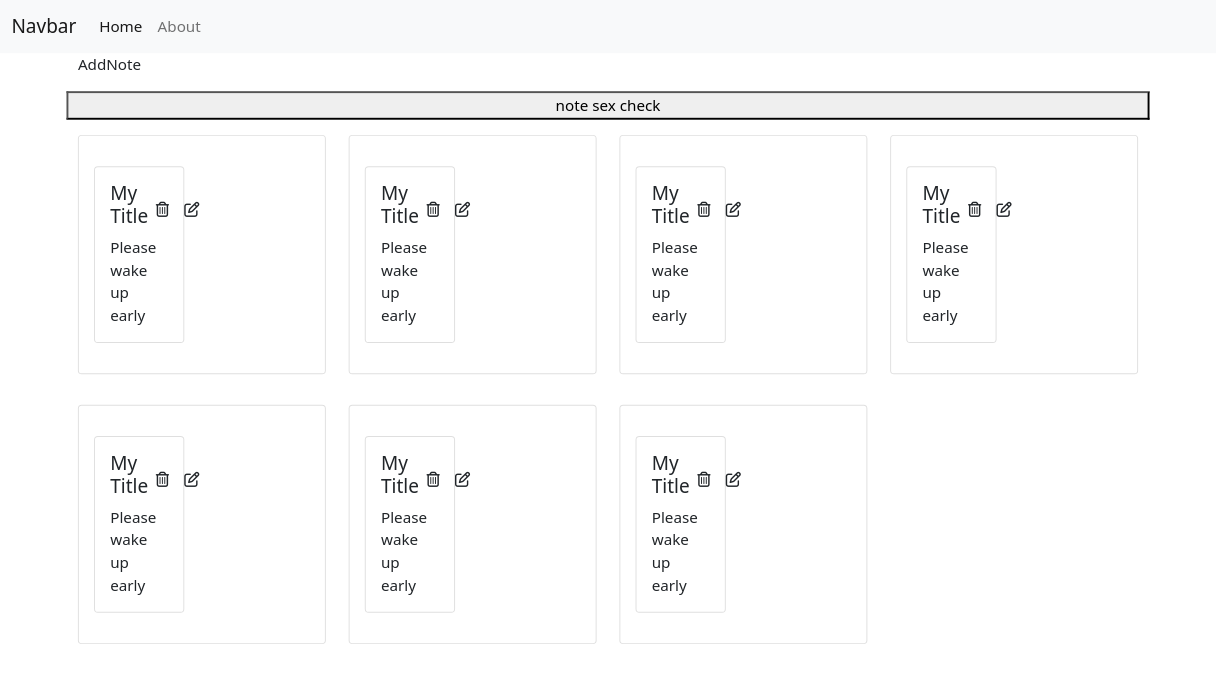
Repository: Asad-devv/inotebook-mern
Page: /
These files come from the project's save history. The page is drawn as it stood at one moment and after the next save; the edit follows.
The browser window is 1280 px wide. The pictures show the whole page, at 95% of full size.
Some web libraries are served in a nearby version. The project was rebuilt for these pictures with package versions that can differ from the ones it lists, and the page was loaded fresh each time. Also part of the build but not shown: vite.config.js, src/components/About.jsx.

Above is the page before, as saved 2023-04-14 01:09:10.

### index.html
<!DOCTYPE html>
<html lang="en">
  <head>
    <meta charset="UTF-8" />
    <link rel="icon" type="image/svg+xml" href="/vite.svg" />
    <meta name="viewport" content="width=device-width, initial-scale=1.0" />
    <link href="https://cdn.jsdelivr.net/npm/bootstrap@5.0.2/dist/css/bootstrap.min.css" rel="stylesheet" integrity="sha384-EVSTQN3/azprG1Anm3QDgpJLIm9Nao0Yz1ztcQTwFspd3yD65VohhpuuCOmLASjC" crossorigin="anonymous">
    <title>iNotebook</title>
  </head>
  <body>
    <div id="root"></div>
    <script type="module" src="/src/main.jsx"></script>

    <script src="https://kit.fontawesome.com/26504e4a1f.js" crossorigin="anonymous"></script>

    <script src="https://cdn.jsdelivr.net/npm/@popperjs/core@2.9.2/dist/umd/popper.min.js" integrity="sha384-IQsoLXl5PILFhosVNubq5LC7Qb9DXgDA9i+tQ8Zj3iwWAwPtgFTxbJ8NT4GN1R8p" crossorigin="anonymous"></script>
    <script src="https://cdn.jsdelivr.net/npm/bootstrap@5.0.2/dist/js/bootstrap.min.js" integrity="sha384-cVKIPhGWiC2Al4u+LWgxfKTRIcfu0JTxR+EQDz/bgldoEyl4H0zUF0QKbrJ0EcQF" crossorigin="anonymous"></script>
  </body>
</html>

### src/main.jsx
import React from 'react'
import ReactDOM from 'react-dom/client'
import App from './App'
// import './index.css'
import { BrowserRouter } from "react-router-dom"
import { Provider } from 'react-redux'
import store from './states/Store'


ReactDOM.createRoot(document.getElementById('root')).render(
  <React.StrictMode>
    <BrowserRouter>
    <Provider store={store} >
    <App />
    </Provider>
    </BrowserRouter>
  </React.StrictMode>,
)

### src/App.jsx
import { useState } from 'react'
import reactLogo from './assets/react.svg'
import viteLogo from '/vite.svg'
// import './App.css'
import {Home,Navbar,About} from "./components"
import { Route, Routes } from "react-router-dom"




function App() {

  return (
      <>
      <Navbar/>
      <div className="container">
      <Routes>
      <Route path="/" element={<Home />} />
      <Route path="/about" element={<About />} />
      </Routes>
      </div>

    </>
  );
}
export default App

### src/states/Store.js
import { configureStore } from '@reduxjs/toolkit'
import notesReducer from "./redux/notesSlice"


export default configureStore({
  reducer: {notes:notesReducer},
})

### src/components/index.js
import Home from "./Home"
import Navbar from "./Navbar"
import About from "./About"



export { Home,Navbar,About }

### src/states/redux/notesSlice.js
import { createSlice } from '@reduxjs/toolkit'


const notesInitial = [
        {
          "_id": "61322f19553781a8ca8d0e06",
          "user": "6131dc5e3e4037cd4734a066",
          "title": "My Title",
          "description": "Please wake up early",
          "tag": "personal",
          "date": "2021-09-03T14:20:09.509Z",
          "__v": 0
        },
        {
          "_id": "61322f19553781a8ca8d0e08",
          "user": "6131dc5e3e4037cd4734a066",
          "title": "My Title",
          "description": "Please wake up early",
          "tag": "personal",
          "date": "2021-09-03T14:20:09.668Z",
          "__v": 0
        },
        {
          "_id": "61322f19553781a8ca8d0e08",
          "user": "6131dc5e3e4037cd4734a066",
          "title": "My Title",
          "description": "Please wake up early",
          "tag": "personal",
          "date": "2021-09-03T14:20:09.668Z",
          "__v": 0
        },
        {
          "_id": "61322f19553781a8ca8d0e08",
          "user": "6131dc5e3e4037cd4734a066",
          "title": "My Title",
          "description": "Please wake up early",
          "tag": "personal",
          "date": "2021-09-03T14:20:09.668Z",
          "__v": 0
        },
        {
          "_id": "61322f19553781a8ca8d0e08",
          "user": "6131dc5e3e4037cd4734a066",
          "title": "My Title",
          "description": "Please wake up early",
          "tag": "personal",
          "date": "2021-09-03T14:20:09.668Z",
          "__v": 0
        },
        {
          "_id": "61322f19553781a8ca8d0e08",
          "user": "6131dc5e3e4037cd4734a066",
          "title": "My Title",
          "description": "Please wake up early",
          "tag": "personal",
          "date": "2021-09-03T14:20:09.668Z",
          "__v": 0
        },
        {
          "_id": "61322f19553781a8ca8d0e08",
          "user": "6131dc5e3e4037cd4734a066",
          "title": "My Title",
          "description": "Please wake up early",
          "tag": "personal",
          "date": "2021-09-03T14:20:09.668Z",
          "__v": 0
        },
      ]

export const notesSlice= createSlice({
    name:'notes',
    initialState:{value:notesInitial},
    reducers:{
        addNote:(state,action)=>{
                const newNote = action.payload
                return {
                    ...state,
                    value: [...state.value, newNote],
                };

        },deleteNote:(state)=>{

        },
        editNote:()=>{

        }
    }
})


export const { addNote} = notesSlice.actions

export default notesSlice.reducer

### src/components/Home.jsx
import React from 'react'
import { useSelector,useDispatch } from 'react-redux'
// import { update } from '../states/redux/notesSlice';
import Notes from './Notes';

const Home = () => {
  const dispatch= useDispatch();
  const notes =  useSelector((state) => state.notes.value)
  console.log(notes)
  return (
    <div>

      AddNote

        <Notes></Notes>
    </div>
  )
}

export default Home

### src/components/Navbar.jsx
import React,{useEffect,useState} from 'react'
import {Link,useLocation } from "react-router-dom"

const Navbar = () => {


  let location = useLocation();
  const [activeLink, setActiveLink] = useState()

  useEffect(() => {
    // Google Analytics
  }, [location]);

  return (

    <nav className="navbar navbar-expand-lg navbar-light bg-light">
      <div className="container-fluid">
        <a className="navbar-brand" href="#">Navbar</a>
        <button className="navbar-toggler" type="button" data-bs-toggle="collapse" data-bs-target="#navbarNav" aria-controls="navbarNav" aria-expanded="false" aria-label="Toggle navigation">
          <span className="navbar-toggler-icon" />
        </button>
        <div className="collapse navbar-collapse" id="navbarNav">
          <ul className="navbar-nav">
            <li className="nav-item">
              <Link to="/" className={`${location.pathname==="/" && "active"}   nav-link`} aria-current="page" href="#">Home</Link >
            </li>

            <li className="nav-item">
              <Link to="/about" className={`${location.pathname==="/about" && "active"}   nav-link`} href="#">About</Link >
            </li>

          </ul>
        </div>
      </div>
    </nav>  )
}

export default Navbar

### src/components/Notes.jsx
import React from 'react'
import { useSelector,useDispatch } from 'react-redux'
// import { update } from '../states/redux/notesSlice';
import { addNote } from '../states/redux/notesSlice'
import AddNote from './AddNote'

const NoteItem = ({title,description,tag})=>{
    return(
        <div className="col-md-3">
        <div class="card my-3">
            <div class ="card-body">
            {/* <h5 class ="card-title">{title}</h5> */}
            {/* <p class ="card-text">{description}</p>  */}
    <div className="col-md-5">
        <div className="card my-3">
            <div className="card-body">
                <div className="d-flex align-items-center">
                    <h5 className="card-title">{title}</h5><i className="far fa-trash-alt mx-2"></i>
                    <i className="far fa-edit mx-2"></i>
                </div>
                <p className="card-text">{description}</p>

            </div>
        </div></div>
        </div>
        </div>
    </div>
    )
}



const Notes = () => {
    const dispatch= useDispatch();
const notes =  useSelector((state) => state.notes.value)

const newNote = {tag:"asad",title:"shitty",description:"lorem1212121jasn ausb ashd kasd ahsklkjsdn "}
  return (

    <div className='row my-3'>
    <button onClick={()=>{dispatch(addNote(newNote))}}>note sex check</button>
         {notes.map((note)=>{
        return(
        //   <h1 key={  .id}>{note.title}</h1>
            <NoteItem key={note.id} {...note}/>
        )
      })}</div>
  )
}

export default Notes

### src/components/AddNote.jsx
import React from 'react'

const AddNote = () => {
  return (
    <div className="container my-3">
    <h2>Add a Note</h2>
    <form className="my-3">
        <div class="mb-3">
            <label for="exampleInputEmail1" class="form-label">Email address</label>
            <input type="email" class="form-control" id="exampleInputEmail1" aria-describedby="emailHelp"/>
            <div id="emailHelp" class ="form-text">We'll never share your email with anyone else.</div>
        </div>
        <div class="mb-3">
            <label for="exampleInputPassword1" class="form-label">Password</label>
            <input type="password" class="form-control" id="exampleInputPassword1"/>
        </div>
        <div class="mb-3 form-check">
            <input type="checkbox" class="form-check-input" id="exampleCheck1"/>
            <label class ="form-check-label" for="exampleCheck1">Check me out</label>
        </div>
        <button type="submit" class="btn btn-primary">Submit</button>
    </form>
    </div>

  )
}

export default AddNote

After the next save:
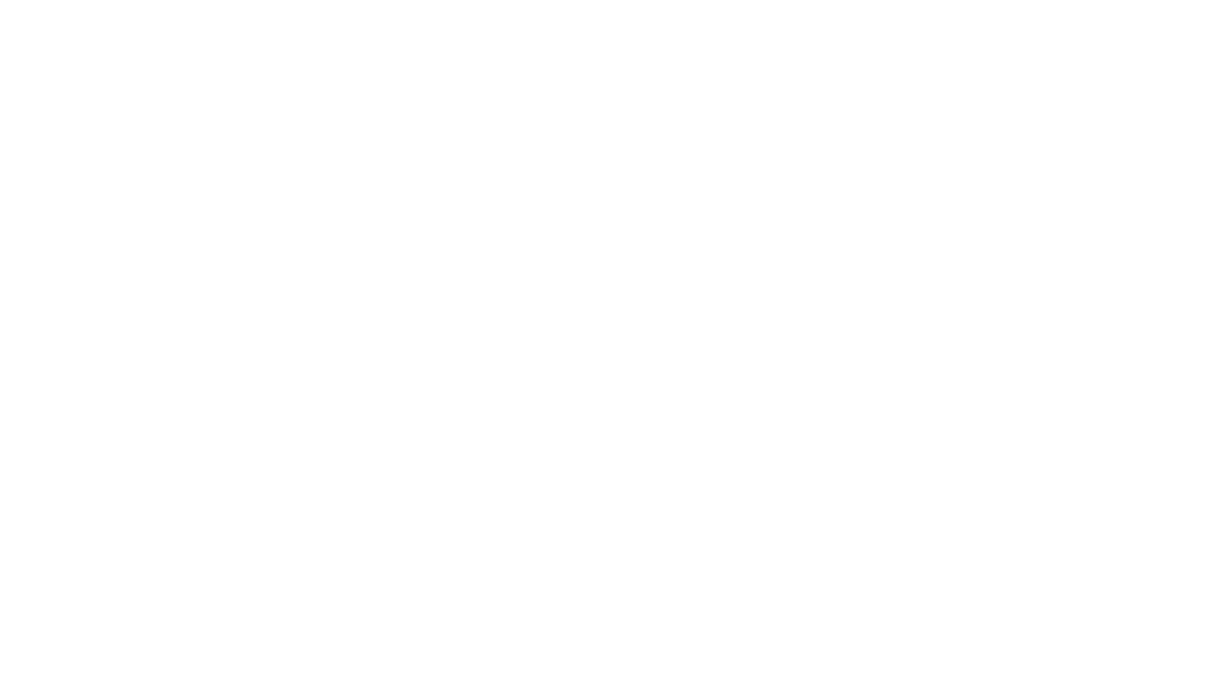
Console error: ReferenceError: AddNote is not defined
Saved 5 s later.
--- a/src/components/Home.jsx
+++ b/src/components/Home.jsx
@@ -10,7 +10,7 @@ const Home = () => {
   return (
     <div>
 
-      AddNote
+      <AddNote/>
 
         <Notes></Notes>
     </div>

After the 3 saves that followed:
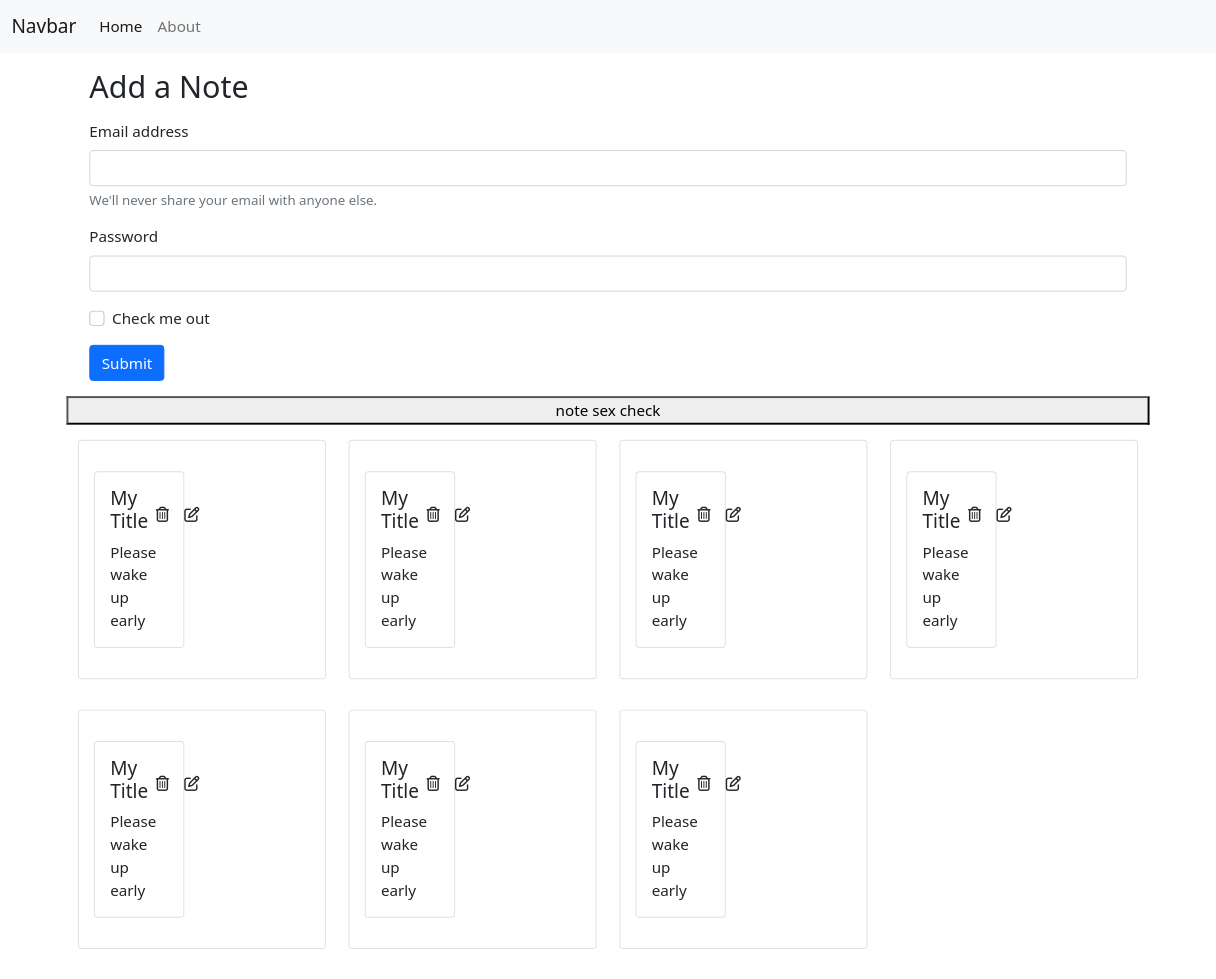
The error is gone.
The 3 saves are shown as one change because 1 left the picture as it was and some came seconds apart.
The last was saved 28 s later.
--- a/src/components/Home.jsx
+++ b/src/components/Home.jsx
@@ -2,6 +2,9 @@ import React from 'react'
 import { useSelector,useDispatch } from 'react-redux'
 // import { update } from '../states/redux/notesSlice';
 import Notes from './Notes';
+import AddNote from './AddNote'
+
+
 
 const Home = () => {
   const dispatch= useDispatch();
--- a/src/components/AddNote.jsx
+++ b/src/components/AddNote.jsx
@@ -1,4 +1,6 @@
 import React from 'react'
+
+
 
 const AddNote = () => {
   return (
